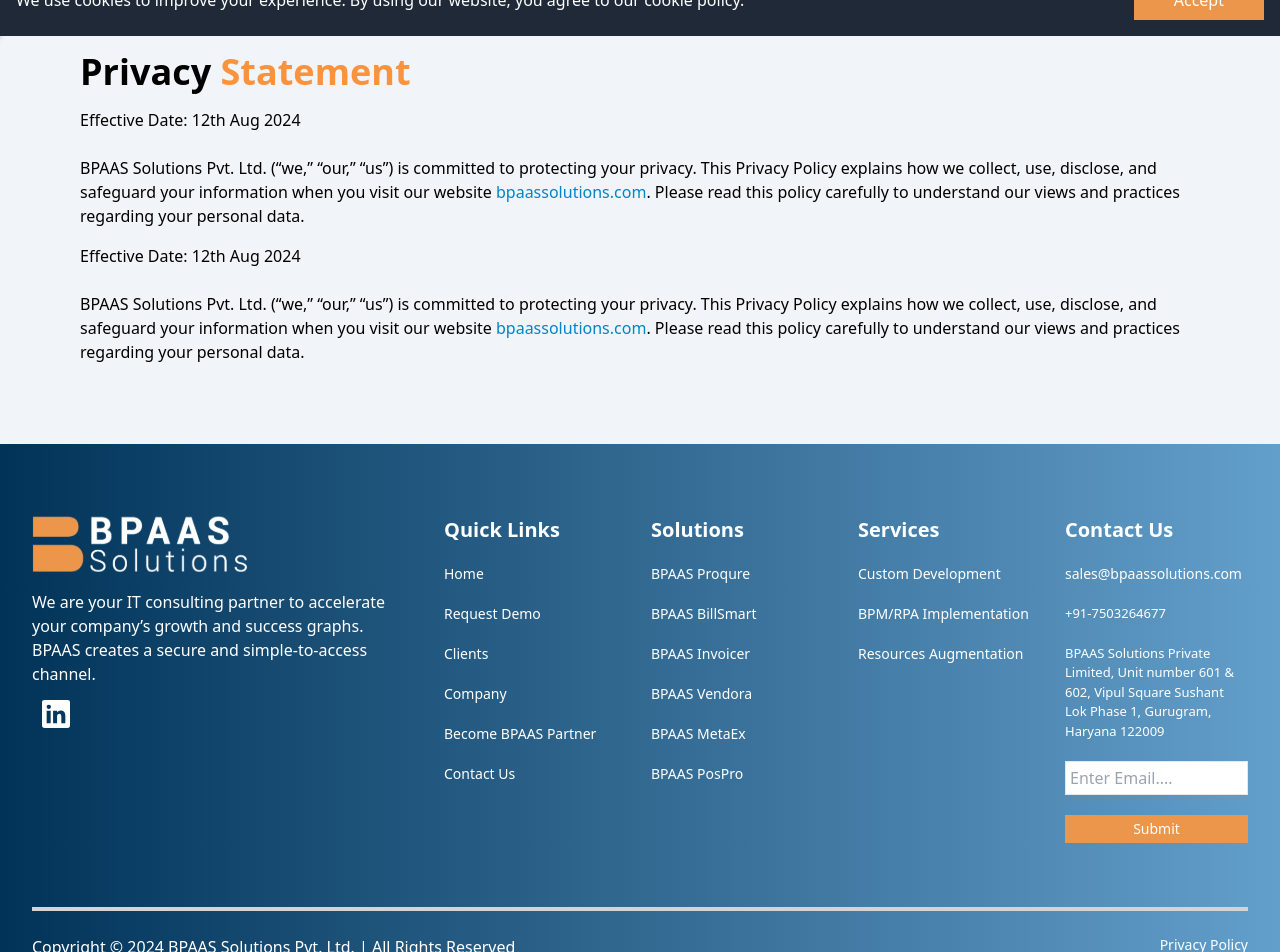
Repository: captainalpha/BP-Website
Page: /services/bp-services
These files come from the project's save history. The page is drawn as it stood at one moment and after a run of saves; the edit follows.
The browser window is 1280 px wide. The pictures show the part of the page from y = 684 to 1636 px (the page is 1675 px tall before and 1699 px after).
The project was rebuilt for these pictures with package versions that can differ from the ones it lists, and the page was loaded fresh each time. The framework's server and built-in components were replaced by stand-ins that run in the browser. Also part of the build but not shown: next.config.js, components/common/TopBanner.js, components/common/SectionHeader.js.

Above is the page before, as saved 2024-08-13 15:18:59.

### pages/_app.js
import Navbar from "../components/common/Navbar";
import "../styles/globals.css";
import Footer from "../components/common/Footer";

import "swiper/css";
import "swiper/css/navigation";
import "swiper/css/pagination";



import { motion, AnimatePresence } from "framer-motion";
import CookiesMain from "../components/common/CookiesMain";

// import styles from './slider.module.scss'
function MyApp({ Component, pageProps, router }) {
  const spring = {
    type: "spring",
    damping: 20,
    stiffness: 100,
    when: "afterChildren",
  };
  return (
    <>
      <div className="z-50 scroll-smooth">
        <Navbar />
      </div>
      <AnimatePresence>
        <div className="page-transition-wrapper">
          <motion.div
            transition={spring}
            key={router.pathname}
            initial={{ y: -300, opacity: 0 }}
            animate={{ y: 0, opacity: 1 }}
            exit={{ y: 300, opacity: 0 }}
            id="page-transition-container"
          >
            <Component {...pageProps} /> <Footer />{" "}
            <CookiesMain/>
          </motion.div>
        </div>
      </AnimatePresence>
    </>
  );
}

export default MyApp;

### pages/services/bp-services.js
import TopBanner from "../../components/common/TopBanner";
import SectionHeader from "../../components/common/SectionHeader";
import TopBanner2 from "../../components/common/TopBanner2";
import Image from "next/image";
import Link from "next/link";

function BpServices() {
  return (
    <div>
      <div className="relative">
        <TopBanner2
          image={"/images/policy-service2.jpg"}
          title="Privacy Policy"
          discription="This Privacy Policy explains how we collect, use, disclose, and safeguard your information when you visit our website."
          btnShow={false}
        />
        <div className="absolute top-[1em] right-[10em]">
          <Image
            src="/images/privacypolicy2.png"
            className="w-1/2 mx-auto"
            width="500"
            height="500"
            alt="customer-developement"
          />
        </div>
      </div>

      <div className=" bg-slate-100  p-[5em]">
        <div className="container mx-auto max-w-6xl">
          <div className="text-left">
            <h1 className="lg:text-4xl text-3xl font-bold capitalize ">
              <span>Privacy</span>{" "}
              <span className="text-[#fb923c]">Statement</span>
            </h1>
          </div>
          <div className="mt-4">
            {/* <h1 className="text-1xl font-bold text-zinc-800">Objective:</h1> */}
            <p>
              Effective Date: 12th Aug 2024 <br/><br/> BPAAS Solutions Pvt. Ltd. (“we,”
              “our,” “us”) is committed to protecting your privacy. This Privacy
              Policy explains how we collect, use, disclose, and safeguard your
              information when you visit our website  {' '}
              <Link passHref href="/">
            <a className="text-sky-600 hover:text-orange">
            bpaassolutions.com
            </a>
          </Link>
              . Please read this policy
              carefully to understand our views and practices regarding your
              personal data.
            </p>
          </div>
          <div className="mt-4">
            {/* <h1 className="text-1xl font-bold text-zinc-800">Objective:</h1> */}
            <p>
              Effective Date: 12th Aug 2024 <br/><br/> BPAAS Solutions Pvt. Ltd. (“we,”
              “our,” “us”) is committed to protecting your privacy. This Privacy
              Policy explains how we collect, use, disclose, and safeguard your
              information when you visit our website  {' '}
              <Link passHref href="/"><a className="text-sky-600 hover:text-orange">bpaassolutions.com</a></Link>.
              Please read this policy carefully to understand our views and practices regarding your personal data.
            </p>
          </div>
        </div>
      </div>
    </div>
  );
}

export default BpServices;

### styles/globals.css
@tailwind base;
@tailwind components;
@tailwind utilities;

.mySwiper {
  padding: 0 3rem;
}
.swiper-button-next {
  color: white;
  font-size: 20px !important;
}
.swiper-button-prev {
  color: white;
  font-size: 20px !important;
}
.swiper-button-prev:after {
  color: white;
  font-size: 20px !important;
}
.swiper-button-next:after {
  color: white;
  font-size: 20px !important;
}
.container-bpaas{
  max-width: 1100px;
}

/* .swiper-button-prev {

  background-image: url("data:[embedded picture, 251 characters]");
} */
.swiper-button-prev:after {

  border: 2px solid white;
  border-radius: 30%;
  /* width: 25%; */
  background: #ec964c;
  padding: 20%;
}
/* .swiper-button-next {
  background-image: url("data:[embedded picture, 251 characters]");
} */
.swiper-button-next:after {

  border: 2px solid white;
  border-radius: 30%;
  /* width: 25%; */
  background: #ec964c;
  padding: 20%;
}

@media only screen and (max-width: 600px) {
  .swiper-button-next:after {
    display: none;
  }
}
@media only screen and (max-width: 600px) {
  .swiper-button-prev:after {
    display: none;
  }
}




/*OEM Modal */
@layer utilities {
  @keyframes modalOpen {
    0% {
      clip-path: polygon(0 0, 0 0, 0 100%, 0 100%);
      opacity: 0;
    }
    100% {
      clip-path: polygon(0 0, 100% 0, 100% 100%, 0 100%);
      opacity: 1;
    }
  }

  @keyframes modalClose {
    0% {
      clip-path: polygon(0 0, 100% 0, 100% 100%, 0 100%);
      opacity: 1;
    }
    100% {
      clip-path: polygon(50% 0, 50% 0, 50% 100%, 50% 100%);
      opacity: 0;
    }
  }

  .animate-modalOpen {
    animation: modalOpen 0.5s forwards;
  }

  .animate-modalClose {
    animation: modalClose 0.5s forwards;
  }

  .custom-aspect-ratio {
    box-shadow: rgba(149, 157, 165, 0.2) 0px 8px 24px;
    aspect-ratio: 3 / 2;
  }
}

### components/common/Footer.js
import Image from "next/image";
import Link from "next/link";

export default function Footer() {
  return (
    <footer className=" bg-gradient-to-r from-primary to-secondary text-white p-5 md:p-8">
      <div className="  py-10 ">
        <div className="lg:grid lg:grid-cols-9 gap-5">
          <div className="w-full  lg:col-span-3">
            <div className=" space-y-3">
              <div className="">
                <Image
                  alt=""
                  src={require("../../assets/bpass-logo-white.svg")}
                />
              </div>

              <p className="max-w-sm mt-4 ">
                We are your IT consulting partner to accelerate your company’s
                growth and success graphs. BPAAS creates a secure and
                simple-to-access channel.
              </p>

              <div className="flex mt-4 ">
                <a
                  href="https://www.linkedin.com/company/bpaas-solutions-pvt-ltd/"
                  className="mx-2 "
                  aria-label="Linkden"
                >
                  <svg className="w-8 h-8 fill-current" viewBox="0 0 512 512">
                    <path d="M444.17,32H70.28C49.85,32,32,46.7,32,66.89V441.61C32,461.91,49.85,480,70.28,480H444.06C464.6,480,480,461.79,480,441.61V66.89C480.12,46.7,464.6,32,444.17,32ZM170.87,405.43H106.69V205.88h64.18ZM141,175.54h-.46c-20.54,0-33.84-15.29-33.84-34.43,0-19.49,13.65-34.42,34.65-34.42s33.85,14.82,34.31,34.42C175.65,160.25,162.35,175.54,141,175.54ZM405.43,405.43H341.25V296.32c0-26.14-9.34-44-32.56-44-17.74,0-28.24,12-32.91,23.69-1.75,4.2-2.22,9.92-2.22,15.76V405.43H209.38V205.88h64.18v27.77c9.34-13.3,23.93-32.44,57.88-32.44,42.13,0,74,27.77,74,87.64Z" />
                  </svg>
                </a>

                {/* <a href="/contact-us" className="mx-2 " aria-label="Facebook">
                  <svg className="w-4 h-4 fill-current" viewBox="0 0 512 512">
                    <path d="M455.27,32H56.73A24.74,24.74,0,0,0,32,56.73V455.27A24.74,24.74,0,0,0,56.73,480H256V304H202.45V240H256V189c0-57.86,40.13-89.36,91.82-89.36,24.73,0,51.33,1.86,57.51,2.68v60.43H364.15c-28.12,0-33.48,13.3-33.48,32.9V240h67l-8.75,64H330.67V480h124.6A24.74,24.74,0,0,0,480,455.27V56.73A24.74,24.74,0,0,0,455.27,32Z" />
                  </svg>
                </a>

                <a href="/contact-us" className="mx-2 " aria-label="Twitter">
                  <svg className="w-4 h-4 fill-current" viewBox="0 0 512 512">
                    <path d="M496,109.5a201.8,201.8,0,0,1-56.55,15.3,97.51,97.51,0,0,0,43.33-53.6,197.74,197.74,0,0,1-62.56,23.5A99.14,99.14,0,0,0,348.31,64c-54.42,0-98.46,43.4-98.46,96.9a93.21,93.21,0,0,0,2.54,22.1,280.7,280.7,0,0,1-203-101.3A95.69,95.69,0,0,0,36,130.4C36,164,53.53,193.7,80,211.1A97.5,97.5,0,0,1,35.22,199v1.2c0,47,34,86.1,79,95a100.76,100.76,0,0,1-25.94,3.4,94.38,94.38,0,0,1-18.51-1.8c12.51,38.5,48.92,66.5,92.05,67.3A199.59,199.59,0,0,1,39.5,405.6,203,203,0,0,1,16,404.2,278.68,278.68,0,0,0,166.74,448c181.36,0,280.44-147.7,280.44-275.8,0-4.2-.11-8.4-.31-12.5A198.48,198.48,0,0,0,496,109.5Z" />
                  </svg>
                </a> */}
              </div>
            </div>
          </div>

          <div className="mt-6 lg:mt-0 lg:flex-1 lg:col-span-6">
            <div className="grid grid-cols-2 gap-6 sm:grid-cols-3 md:grid-cols-4">
              <div className="space-y-5">
                <h3 className="text-xl font-bold ">Quick Links</h3>
                <Link passHref href="/">
                  <a className="block  text-sm  hover:underline hover:text-orange">
                    Home
                  </a>
                </Link>

                <Link passHref href="/request-demo">
                  <a className="block  text-sm  hover:underline hover:text-orange">
                    Request Demo
                  </a>
                </Link>
                <Link passHref href="/clients">
                  <a className="block  text-sm  hover:underline hover:text-orange">
                    Clients
                  </a>
                </Link>
                <Link passHref href="/about-us">
                  <a className="block  text-sm  hover:underline hover:text-orange">
                    Company
                  </a>
                </Link>
                <Link passHref href="/become-partner">
                  <a className="block  text-sm  hover:underline hover:text-orange">
                    Become BPAAS Partner
                  </a>
                </Link>
                <Link passHref href="/contact-us">
                  <a className="block  text-sm  hover:underline hover:text-orange">
                    Contact Us
                  </a>
                </Link>
              </div>

              <div className="space-y-5">
                <h3 className="text-xl font-bold">Solutions</h3>
                <Link passHref href="/solutions/bpaas-proqure">
                  <a className="block  text-sm  hover:underline hover:text-orange">
                    BPAAS Proqure
                  </a>
                </Link>
                <Link passHref href="/solutions/bpaas-billsmart">
                  <a className="block  text-sm  hover:underline hover:text-orange">
                    BPAAS BillSmart
                  </a>
                </Link>
                <Link passHref href="/solutions/bpaas-invoicer">
                  <a className="block  text-sm  hover:underline hover:text-orange">
                    BPAAS Invoicer
                  </a>
                </Link>
                <Link passHref href="/solutions/bpaas-vendora">
                  <a className="block  text-sm  hover:underline hover:text-orange">
                    BPAAS Vendora
                  </a>
                </Link>
                {/* <Link passHref href="/solutions/bpaas-smartex">
                  <a className="block  text-sm  hover:underline hover:text-orange">
                    BPAAS SmartEx
                  </a>
                </Link> */}
                <a
                  className="block  text-sm  hover:underline hover:text-orange"
                  href="https://metasolve.io/"
                  target="_blank"
                  rel="noreferrer"
                >
                  BPAAS MetaEx
                </a>
                <Link passHref href="/solutions/bpaas-pospro">
                  <a className="block  text-sm  hover:underline hover:text-orange">
                    BPAAS PosPro
                  </a>
                </Link>
              </div>

              <div className="space-y-5">
                <h3 className=" text-xl font-bold  ">Services</h3>

                <Link passHref href="/services/custom-development">
                  <a className="block  text-sm  hover:underline hover:text-orange">
                    Custom Development
                  </a>
                </Link>
                <Link passHref href="/services/bpm-rpa-implementation">
                  <a className="block  text-sm  hover:underline hover:text-orange">
                    BPM/RPA Implementation
                  </a>
                </Link>
                <Link passHref href="/services/resource-augmentation">
                  <a className="block  text-sm  hover:underline hover:text-orange">
                    Resources Augmentation
                  </a>
                </Link>
              </div>

              <div className="space-y-5">
                <h3 className=" text-xl font-bold ">Contact Us</h3>
                {/* <span className="block  text-sm  hover:underline hover:text-orange">
                  abhishek.kumar@bpaassolutions.com
                </span> */}
                <span className="block  text-sm  hover:underline hover:text-orange">
                  sales@bpaassolutions.com
                </span>
                <span className="block  text-[13px]  hover:underline hover:text-orange">
                  +91-7503264677
                </span>
                <span className="block  text-[13px]  hover:underline hover:text-orange">
                  BPAAS Solutions Private Limited, Unit number 601 & 602, Vipul
                  Square Sushant Lok Phase 1, Gurugram, Haryana 122009
                </span>
                <input
                  className="block p-1 outline-none border text-black w-full"
                  placeholder="Enter Email...."
                />
                <button className="text-sm bg-orange px-2 py-1 w-full">
                  Submit
                </button>
              </div>
            </div>
          </div>
        </div>
      </div>
      <hr className="h-1 w-full my-6 bg-gray-300 border-none " />

      <div className="flex justify-between">
        <div>
          <p className="text-center text-white">
            Copyright © 2024 BPAAS Solutions Pvt. Ltd. | All Rights Reserved
          </p>
        </div>
        <div>
          <Link passHref href="/services/bp-services">
            <a className="block  text-sm  hover:underline hover:text-orange">
            Privacy Policy
            </a>
          </Link>
        </div>
      </div>
    </footer>
  );
}

### components/common/CookiesMain.js
import { useState, useEffect } from 'react';
import Cookies from 'js-cookie';


const CookiesMain = () => {
    const [showBanner, setShowBanner] = useState(false);

  useEffect(() => {
    const consent = Cookies.get('cookie-consent');
    if (!consent) {
      setShowBanner(true);
    }
  }, []);

  const acceptCookies = () => {
    Cookies.set('cookie-consent', 'true', { expires: 365 });
    setShowBanner(false);
  };

  if (!showBanner) return null;
  return (
    <>

    <div className="fixed bottom-0 left-0 right-0 bg-gray-800 text-white p-4 flex justify-between items-center z-50">
      <span>We use cookies to improve your experience. By using our website, you agree to our cookie policy.</span>
      <button
        onClick={acceptCookies}
        className="bg-orange text-white px-4 md:px-10 py-2"
      >
        Accept
      </button>
    </div>

    </>
  )
}
export default CookiesMain

### components/common/TopBanner2.js
import Link from "next/link";
function TopBanner2({ image, title, discription, onClick,btnShow}) {
  return (
    <div
      style={{ backgroundImage: `url(${image})` }}
      className={`lg:h-[80vh] h-[60vh] mt-20 w-full text-white flex p-10 items-center bg-no-repeat bg-cover `}
    >
      <div className="space-y-4 lg:w-1/2  md:text-left">
        <h1 className="lg:text-5xl text-3xl font-bold capitalize ">{title}</h1>
        <p className="w-full lg:text-xl lg:text-justify tracking-tighter">
          {discription}
        </p>
    {btnShow&&(
        <Link passHref href="/request-demo">
          <button className="px-8 py-2  border-white border-2 hover:bg-orange font-medium text-xl">
            Request Demo
          </button>
        </Link>
    )}
      </div>
    </div>
  );
}

export default TopBanner2;

### tailwind.config.js
module.exports = {
  content: [
    "./pages/**/*.{js,ts,jsx,tsx}",
    "./components/**/*.{js,ts,jsx,tsx}",
  ],
  theme: {
    extend: {
      keyframes: {
        modalOpen: {
          '0%': { transform: 'scale(0)', opacity: 0 },
          '100%': { transform: 'scale(1)', opacity: 1 },
        },
        modalClose: {
          '0%': { transform: 'scale(1)', opacity: 1 },

        },
        fragmentIn: {
          '0%': { opacity: 0, transform: 'translate(-50px, -50px)' },
          '100%': { opacity: 1, transform: 'translate(0, 0)' },
        },
        fragmentOut: {
          '0%': { opacity: 1, transform: 'translate(0, 0)' },
          '100%': { opacity: 0, transform: 'translate(50px, 50px)' },
        },

      },
      animation: {
        modalOpen: 'modalOpen 0.5s ease-out forwards',
        modalClose: 'modalClose 0.5s ease-in forwards',
        fragmentIn: 'fragmentIn 0.5s ease-out forwards',
        fragmentOut: 'fragmentOut 0.5s ease-in forwards',
      },
      backgroundImage: {
        "testimonial-bg": "url('/img/hero-pattern.svg')",
        "testimonial-bgs": "url('/')",
      },
      colors: {
        primary: "#013358",
        secondary: "#639FCB",
        primaryText: "#1D669C",
        orange: "#EC964C",
        glassEffect:
          "linear-gradient(105.47deg, #FFFFFF -13.63%, rgba(255, 255, 255, 0) 108.8%)",
      },
      backgroundSize: {
        "size-200": "200% 200%",
      },
      backgroundPosition: {
        "pos-0": "0% 0%",
        "pos-100": "100% 100%",
      },
    },
    variants: {
      fill: ["hover", "focus"],
    },
    boxShadow: {
      "3xl": "0 35px 60px -15px rgba(0, 0, 0, 0.3)",
    },
  },
  plugins: [],
};

Loaded but not shown: components/common/Navbar.js (726 lines, source omitted)

After the next 2 saves:
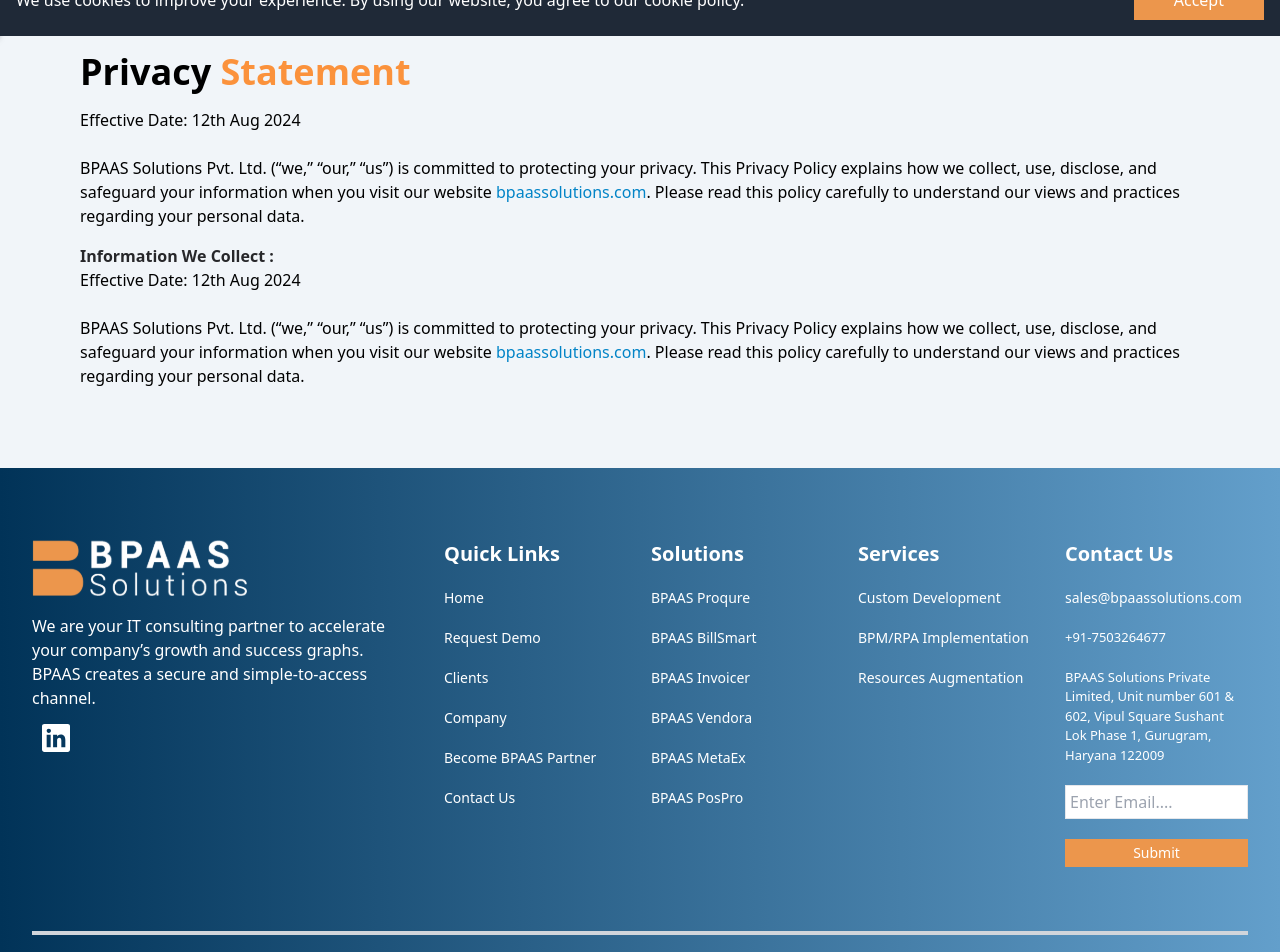
The 2 saves are shown as one change because they came seconds apart.
The last was saved 21 s later.
--- a/pages/services/bp-services.js
+++ b/pages/services/bp-services.js
@@ -51,7 +51,7 @@
             </p>
           </div>
           <div className="mt-4">
-            {/* <h1 className="text-1xl font-bold text-zinc-800">Objective:</h1> */}
+            <h1 className="text-1xl font-bold text-zinc-800">Information We Collect :</h1>
             <p>
               Effective Date: 12th Aug 2024 <br/><br/> BPAAS Solutions Pvt. Ltd. (“we,”
               “our,” “us”) is committed to protecting your privacy. This Privacy
